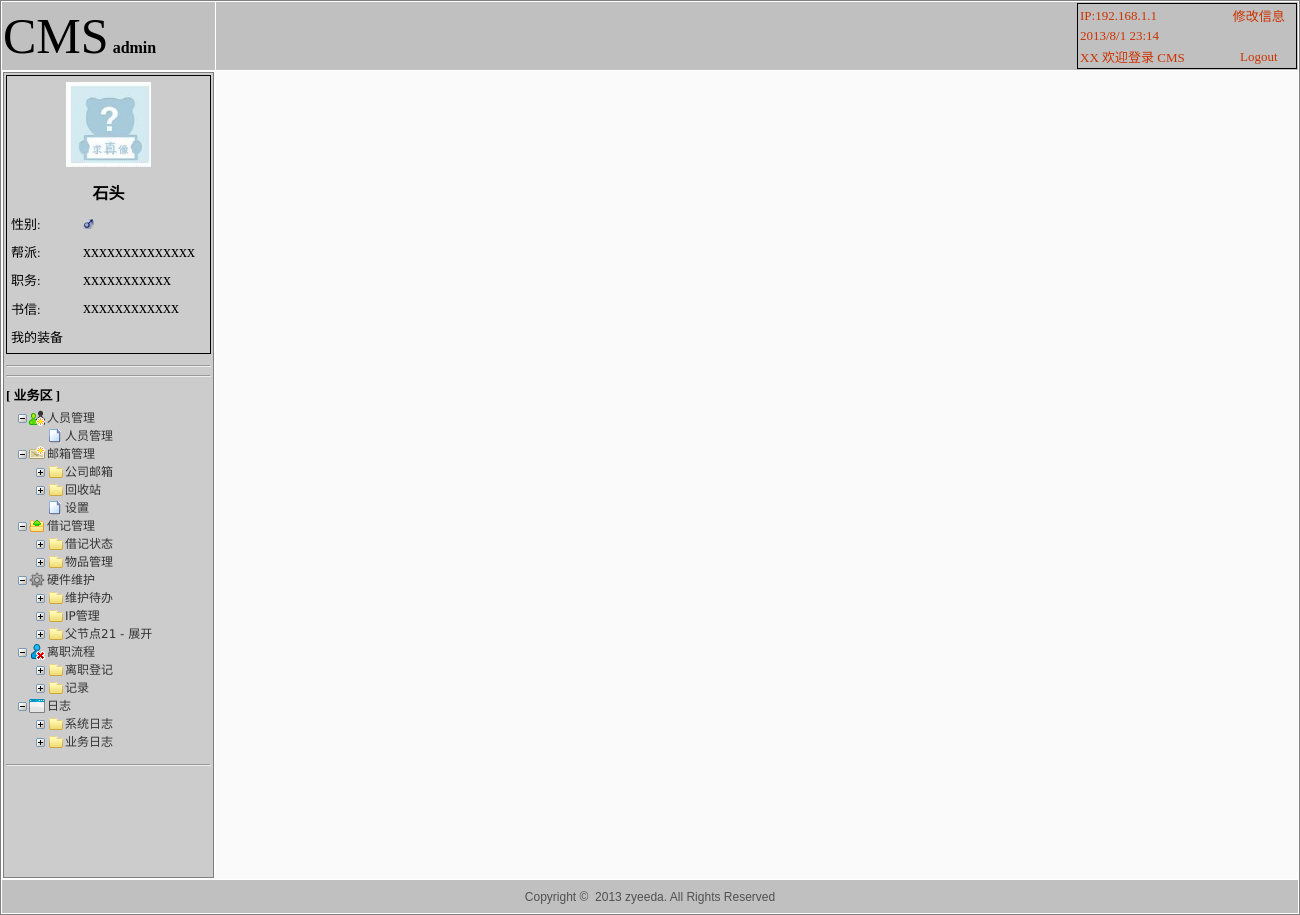
Repository: 728064001/MyProject
Page: http://localhost/CMS/admin.jsp
These files come from the project's save history. The page is drawn as it stood at one moment and after the next save; the edit follows.
The browser window is 1280 px wide. The page is 1300 px wide, so the pictures cover 1300 px, including what lies to the right of the window. The pictures show the whole page.
The page is served by Tomcat 9. Other server files are loaded and not shown. Queries for data that is not in the repository find no rows.

Above is the page before, as saved 2013-08-07 12:23:50.

### cms-server-code/CMS/WebRoot/admin.jsp
<%@ page language="java" import="java.util.*" pageEncoding="UTF-8"%>
<%
String path = request.getContextPath();
String basePath = request.getScheme()+"://"+request.getServerName()+":"+request.getServerPort()+path+"/";
%>

<!DOCTYPE HTML PUBLIC "-//W3C//DTD HTML 4.01 Transitional//EN">
<html>
  <head>
    <base href="<%=basePath%>">

    <title>cms admin</title>

	<meta http-equiv="pragma" content="no-cache">
	<meta http-equiv="cache-control" content="no-cache">
	<meta http-equiv="expires" content="0">
	<meta http-equiv="keywords" content="keyword1,keyword2,keyword3">
	<meta http-equiv="description" content="This is my page">
	<!--
	<link rel="stylesheet" type="text/css" href="styles.css">
	-->
	<link rel="stylesheet" href="css/zTreeStyle/zTreeStyle.css" />
	<link rel="stylesheet" href="css/admin.css" />
	<script type="text/javascript" src="js/jquery-1.10.1.js"></script>
	<script type="text/javascript" src="js/jquery.ztree.core-3.5.js"></script>
	<script type="text/javascript" src="js/jquery.ztree.excheck-3.5.js"></script>
	<script type="text/javascript" src="js/jquery.ztree.exedit-3.5.js"></script>
	<script type="text/javascript" src="js/admin.js"></script>
</head>

<body>
<table align="center" cellspacing="1" class="admin-main-tab-style" style="width: 1300px; height: 900px">
	<tr bgcolor="#C0C0C0">
		<td class="admin-main-tab-td-style" style="height: 17px; width: 211px">
		<span class="admin-main-tab-td-logo-style">CMS</span> <span class="admin-main-tab-td-admins-style"><strong>admin</strong></span></td>
		<td class="admin-child-tab-td-null-style" style="height: 17px">
		<table cellspacing="1" class="admin-child-tab-style" style="width: 220px; height: 100%">
			<tr>
				<td>IP:192.168.1.1</td>
				<td class="admin-child-tab-td-welcome-style">修改信息</td>
			</tr>
			<tr>
				<td>2013/8/1 23:14</td>
				<td>&nbsp;</td>
			</tr>
			<tr>
				<td>XX 欢迎登录 CMS</td>
				<td class="admin-child-tab-td-welcome-style">Logout</td>
			</tr>
		</table>
		</td>
	</tr>
	<tr>
		<td style="width: 211px; height: 808px;" align="left" valign="top">
		<table cellspacing="1" class="style8" style="width: 100%; height: 100%">
			<tr>
				<td align="left" style="height: 281px" valign="top">
				<table cellspacing="1" class="style9" style="width: 100%; height: 100%">
					<tr>
						<td class="admin-child-tab-td-welcome-style" style="height: 95px">
						<img src="image/userimage.jpg" height="85" width="85" /></td>
					</tr>
					<tr>
						<td align="left" valign="top">
						<table cellspacing="1" style="width: 100%; height: 100%">
							<tr>
								<td class="admin-child-tab-td-welcome-style" colspan="2"><strong>石头</strong></td>
							</tr>
							<tr>
								<td class="admin-main-tab-style0" style="width: 69px">性别:</td>
								<td>
								<img alt="" height="11" src="image/male.gif" width="11" /></td>
							</tr>
							<tr>
								<td class="admin-main-tab-style0" style="width: 69px">帮派:</td>
								<td>xxxxxxxxxxxxxx</td>
							</tr>
							<tr>
								<td class="admin-main-tab-style0" style="width: 69px">职务:</td>
								<td>xxxxxxxxxxx</td>
							</tr>
							<tr>
								<td class="admin-main-tab-style0" style="width: 69px">书信:</td>
								<td>xxxxxxxxxxxx</td>
							</tr>
							<tr>
								<td class="admin-main-tab-style0" style="width: 69px">我的装备</td>
								<td>&nbsp;</td>
							</tr>
						</table>
						</td>
					</tr>
				</table>
				</td>
			</tr>
			<tr>
				<td align="left" valign="top">
				<hr /><hr/>
				<strong><span class="admin-main-tab-style1">[ 业务区 ]<br/>
				<!--tree-->
				</span></strong>
				<div>
				<ul id="treeDemo" class="ztree"></ul></div>
				<hr/>
				</td>
			</tr>
		</table>
		</td>
		<td style="height: 808px" bgcolor="#FAFAFA" align="left" valign="top">
		<!--业务工作区-->
		<!--人员信息-->
		<div id="personinfo" style="position: absolute; width: 1080px; height: 808px; z-index: 1">
			<table cellspacing="1" class="admin-main-tab-admin-child-tab-td-null-style" style="width: 100%; height: 100%">
				<tr>
					<td bgcolor="#808080" style="height: 20px">
					<table cellpadding="0" cellspacing="0" style="width: 100%; height: 100%">
						<tr>
							<td>&nbsp;<strong><span class="admin-main-tab-admin-main-tab-td-logo-style">人员信息&nbsp;</span></strong></td>
							<td class="admin-child-tab-td-null-style">
							<img id="personinfo_close_image" alt="" height="23" src="image/personinfo_close.png" width="26" /></td>
						</tr>
					</table>
					</td>
				</tr>
				<tr>
					<td style="height: 33px"><span class="admin-main-tab-style1">UUID</span>:<input name="uuid" id="uuid" type="text" style="width: 81px" />
					<span class="admin-main-tab-style1">姓名</span>:<input name="username" type="text" style="width: 59px" />&nbsp;<span class="admin-main-tab-style1">性别</span>:<select name="sex">
						<option value="--">--</option>
						<option value="女">女</option>
						<option value="男">男</option>
						</select>&nbsp;<span class="admin-main-tab-style1">公司</span>:<select name="comp" id="comp" style="width: 65px">
						<option value="--">--</option>
						</select>&nbsp;<span class="admin-main-tab-style1">部门:</span><select name="dep" id="dep" style="width: 85px">
						<option value="--">--</option>
						</select>&nbsp;<span class="admin-main-tab-style1">职位</span>:<select name="post" id="post" style="width: 95px">
						<option value="--">--</option>
						</select>&nbsp;&nbsp;<span class="admin-main-tab-style1">
					身份证:</span><input name="card" type="text" style="width: 145px" />
					<span class="admin-main-tab-style1">电话:</span><input name="tel" type="text" style="width: 81px" />&nbsp;&nbsp;&nbsp;<input name="search" id="search" type="button" value="查找" style="width: 63px" /></td>
				</tr>
				<tr>
					<td align="left" valign="top">&nbsp;&nbsp;&nbsp; &nbsp;<img alt="" height="18" src="image/addperson.png" width="18" /><span class="admin-main-tab-admin-main-tab-td-admins-style">添加人员&nbsp;&nbsp;&nbsp;&nbsp;&nbsp;&nbsp;&nbsp;&nbsp;&nbsp;&nbsp;
					</span>
					<img alt="" class="admin-main-tab-admin-main-tab-td-admins-style" height="19" src="image/delperson.png" width="16" /><span class="admin-main-tab-admin-main-tab-td-admins-style">删除人员&nbsp;&nbsp;&nbsp;&nbsp;&nbsp;&nbsp;&nbsp;
					</span>
					<img alt="" class="admin-main-tab-admin-main-tab-td-admins-style" height="17" src="image/modifiyperson.png" width="18" /><span class="admin-main-tab-admin-main-tab-td-admins-style">修改人员信息</span><hr style="height: -12px"/>
					<!--根据ajax 返回的数据动态创建表格 -->
					<div id="personinfotable"></div>
						<span id="f" ><a id='mainpa'>首页</a>&nbsp;&nbsp;&nbsp;&nbsp;<a id='uppa'>上一页</a>&nbsp;&nbsp;&nbsp;&nbsp;<a id='downpa'>下一页</a>&nbsp;&nbsp;&nbsp;&nbsp;
						跳转到<input type="text" width="80px" />页&nbsp;<input type="button" value="转到>"/>
						</span><hr/>
					<!--根据ajax 返回的数据动态创建表格 ----------------------------------->
					</td>
				</tr>
			</table>
		</div>
		<!---->
		</td>
	</tr>
	<tr bgcolor="#C0C0C0">
		<td style="height: 33px;" class="admin-child-tab-td-welcome-style" colspan="2">
		<span style="color: rgb(81, 81, 81); font-family: Arial; font-size: 12px; font-style: normal; font-variant: normal; font-weight: normal; letter-spacing: normal; line-height: 24px; orphans: 2; text-align: center; text-indent: 0px; text-transform: none; white-space: normal; widows: 2; word-spacing: 0px; -webkit-text-size-adjust: auto; -webkit-text-stroke-width: 0px; display: inline !important; float: none;">
		Copyright ©&nbsp; 2013 zyeeda. All Rights Reserved</span></td>
	</tr>
</table>
</body>

</html>

### cms-server-code/CMS/WebRoot/css/admin.css
@CHARSET "UTF-8";
body{
 margin:0;
 padding:0;
}
.admin-main-tab-style {
	border-style: solid;
	border-width: 1px;
 margin:0,auto;
}
.admin-child-tab-td-null-style {
	text-align: right;
}
.admin-main-tab-td-logo-style {
	font-family: 华文琥珀;
	font-size: 50px;
}
.admin-main-tab-td-admins-style {
	font-size: medium;
}
.admin-main-tab-td-style {
	text-align: left;
}
.admin-child-tab-style {
	border: 1px solid #000000;
	float:right;
	margin-left: 185px;
	color: #CC3300;
	font-size: small;
}
.admin-child-tab-td-welcome-style {
	text-align: center;
}
.style8 {
	border-style: solid;
	border-width: 1px;
	background-color: #CCCCCC;
}
.style9 {
	border: 1px solid #000000;
}
.admin-main-tab-style0 {
	font-family: 新宋体;
	font-size: small;
}
.admin-main-tab-style1 {
	font-size: small;
}
.admin-main-tab-admin-child-tab-td-null-style {
	border: 1px solid #515151;
}
.admin-main-tab-admin-main-tab-td-logo-style {
	font-size: small;
	font-family: 黑体;
}
.admin-main-tab-admin-main-tab-td-admins-style {
	font-size: small;
	font-family: 华文细黑;
	 line-height:32px;
}

### cms-server-code/CMS/WebRoot/js/admin.js
//载入时
$(function(){
	//页面打开时不显示人员信息窗口；
	$("#personinfo").hide();

	//DOM载入之后调用returnCDP()方法;
	returnCDP();


	$("#personinfo_close_image").click(function(){
		$("#personinfo").hide(); //点击关闭按钮时，隐藏人员信息窗口；
	});
});

//从servlet端获取公司、部门、职位 的一组JSON,然后再调用方法把数据放到对应的地方
function returnCDP(){
		$(function(){
			$.ajax({
				url: "/CMS/returnCDPServlet?args=09s",
				type: "POST",
				dataType:'json',
				success:function(json) {
					viwedata(json);
				}
			});
		});
}

//从servlet端获取人员信息JSON数据
function returnPERSONinfo(){
		$(function(){
			$.ajax({
				url: "/CMS/PersonInfoServlet?args=09s",
				type: "POST",
				dataType:'json',
				success:function(json) {
					viwedata(json);
				}
			});
		});
}


function viwedata(json){
//	alert(json.company.length);
//	add comp option
	var compnamelen = json.company.length;
	var depnamelen = json.dep.length;
	var postnamelen = json.post.length;
	var compobj = $("#comp");
	var depobj = $("#dep");
	var postobj = $("#post");
	for(var i=0;i<compnamelen;i++){
		compobj.append("<option value="+"'"+json.company[i].name+"'"+">"+json.company[i].name+"</option>");
	}
	for(var i=0;i<depnamelen;i++){
		depobj.append("<option value="+"'"+json.dep[i].name+"'"+">"+json.dep[i].name+"</option>");
	}
	for(var i=0;i<postnamelen;i++){
		postobj.append("<option value="+"'"+json.post[i].name+"'"+">"+json.post[i].name+"</option>");
	}
}



//tree 的数据结构-------------------------------------------------------------
var setting = {
			view:{
				showLine:false
			},
			data: {
				simpleData: {
					enable: true
				}
			}
		};
var zNodes =[
			{ name:"人员管理", open:true,iconOpen:"image/treeimage/person_open.png",iconClose:"image/treeimage/person_close.png",
				children: [
					{ name:"人员管理", isParent:false, "click":"personinfo_click();"}
				]},
			{ name:"邮箱管理",open:true,iconOpen:"image/treeimage/mail_open.png",iconClose:"image/treeimage/mail_close.png",

				children: [
					{ name:"公司邮箱",
						children: [
							{ name:"邮箱信息"},
							{ name:"待办项"}
					]},
					{ name:"回收站",
						children: [
							{ name:"已删除的邮箱"}
					]},
					{ name:"设置", isParent:false}
				]},
			{ name:"借记管理", open:true,iconOpen:"image/treeimage/borrow_open.png",iconClose:"image/treeimage/borrow_close.png",

				children:[
					{ name:"借记状态",
						children: [
							{ name:"图书借记状态"},
							{ name:"电子用品借记状态"},
							{ name:"历史记录"}
					]},
					{ name:"物品管理",
						children: [
							{ name:"图书管理"},
							{ name:"电子用品管理"},
							{ name:"借用授权"}
					]}
				]
			},
			{ name:"硬件维护", open:true,iconOpen:"image/treeimage/hardwaremaintenance_open.png",iconClose:"image/treeimage/hardwaremaintenance_close.png",

				children:[
					{ name:"维护待办",
						children: [
							{ name:"待办项"},
							{ name:"记录"}
					]},
					{ name:"IP管理",
						children: [
							{ name:"IP信息表"},
							{ name:"叶子节点212"},
							{ name:"叶子节点213"},
							{ name:"叶子节点214"}
					]},
					{ name:"父节点21 - 展开",
						children: [
							{ name:"叶子节点211"},
							{ name:"叶子节点212"},
							{ name:"叶子节点213"},
							{ name:"叶子节点214"}
					]}
				]
			},
			{ name:"离职流程",  open:true,iconOpen:"image/treeimage/resignation_open.png",iconClose:"image/treeimage/resignation_close.png",

				children:[
					{ name:"离职登记",
						children: [
							{ name:"登记"}
					]},
					{ name:"记录",
						children: [
							{ name:"已离职信息"}
					]}
				]
			},
			{ name:"日志", open:true,iconOpen:"image/treeimage/log_open.png",iconClose:"image/treeimage/log_close.png",

				children:[
					{ name:"系统日志",
						children: [
							{ name:"系统日志"}
					]},
					{ name:"业务日志",
						children: [
							{ name:"业务日志"}
					]}
				]
			}
		];
//tree 数据结构-----------------------^^^^^^^^^^^^---------------------------------
//tree 事件-------------------------------------------------------------------------
	function personinfo_click(){
			$("#personinfo").show(); //tree 事件 显示人员信息窗口
	}
//tree 事件-------------------------^^^^^^^^^^^^^^------------------------------
		$(function(){
			$.fn.zTree.init($("#treeDemo"),setting,zNodes);
		});
//点击查询是的事件
		$(function(){
			$("#search").click(
				function(){
					alert("search");
				}
			);
		});

//根据ajax返回json来创建表格

### cms-server-code/CMS/src/com/haolei/dao/CompanyNameListDAO.java
package com.haolei.dao;

import java.sql.Connection;
import java.sql.PreparedStatement;
import java.sql.ResultSet;
import java.util.ArrayList;
import java.util.List;

import com.haolei.entity.Company;

public class CompanyNameListDAO {

	public List returnCompanyNameList(){
		Connection conn = Dbconn.getconn();
		PreparedStatement pstm = null;
		ResultSet res = null;
		Company company = null;
		List companyList = new ArrayList();
		String queryCompanyNameStr = "select companyname from company_tab";
		try{
			pstm = conn.prepareStatement(queryCompanyNameStr);
			res = pstm.executeQuery();
			while(res.next()){
				company = new Company();
				company.setCompanyName(res.getString(1));
				companyList.add(company.getCompanyName());
			}
		}catch(Exception e){
			e.printStackTrace();
		}finally{
			Dbconn.closeALL(conn, pstm, res);
		}


		return companyList;
	}
	/**
	 *
	 * @param test
	 */
	public static void main(String[] args) {
		CompanyNameListDAO dnyd = new CompanyNameListDAO();
		List li = dnyd.returnCompanyNameList();
		System.out.println(li.get(0));
	}
}

### cms-server-code/CMS/src/com/haolei/dao/Dbconn.java
package com.haolei.dao;

import java.sql.Connection;
import java.sql.DriverManager;
import java.sql.PreparedStatement;
import java.sql.ResultSet;
import java.sql.SQLException;

public class Dbconn {
	private static String DRIVER = "com.mysql.jdbc.Driver";
	private static String URL = "jdbc:mysql://localhost:3306/cms_db";
	private static String NAME = "root";
	private static String PASS	= "zyeeda";

	public static Connection conn = null;
	public static PreparedStatement pstm=null;
	public static ResultSet res=null;

	public static Connection getconn(){
		try{
			Class.forName(DRIVER);
			conn = DriverManager.getConnection(URL,NAME,PASS);
		}catch(Exception e){

		}
		return conn;
	}

	public static void closeALL(Connection conn,PreparedStatement pstm, ResultSet rs){
		try {
			if(res!=null){res.close();}
			if(pstm!=null){pstm.close();}
			if(conn!=null){conn.close();}
		} catch (SQLException e) {
			e.printStackTrace();
		}
	}
}

### cms-server-code/CMS/src/com/haolei/dao/DepNameListDAO.java
package com.haolei.dao;

import java.sql.Connection;
import java.sql.PreparedStatement;
import java.sql.ResultSet;
import java.util.ArrayList;
import java.util.List;

import com.haolei.entity.Dep;

public class DepNameListDAO {
	public List returnDepNameList(){
		Connection conn = Dbconn.getconn();
		PreparedStatement pstm = null;
		ResultSet res = null;
		Dep dep;
		List depList = new ArrayList();
		String queryDepNameStr = "select dep from dep_tab";
		try{
			pstm = conn.prepareStatement(queryDepNameStr);
			res = pstm.executeQuery();
			while(res.next()){
				dep = new Dep();
				dep.setDep(res.getString(1));
				depList.add(dep.getDep());
			}
		}catch(Exception e){
			e.printStackTrace();
		}finally{
			Dbconn.closeALL(conn, pstm, res);
		}

		return depList;
	}
	/**
	 *
	 * @param test
	 */
	public static void main(String[] args){
		DepNameListDAO depnamelistdao = new DepNameListDAO();
		try {
			List li = depnamelistdao.returnDepNameList();
			System.out.println(li.size());
		} catch (Exception e) {
			// TODO Auto-generated catch block
			e.printStackTrace();
		}
	}
}

### cms-server-code/CMS/src/com/haolei/dao/PostNameListDAO.java
package com.haolei.dao;

import java.sql.Connection;
import java.sql.PreparedStatement;
import java.sql.ResultSet;
import java.util.ArrayList;
import java.util.List;

import com.haolei.entity.Post;

public class PostNameListDAO {
	public List returnPostNameList(){
		Connection conn = Dbconn.getconn();
		PreparedStatement pstm = null;
		ResultSet res = null;
		Post post = null;
		List postNameList = new ArrayList();
		String queryPostNameStr = "select post from post_tab";
		try{
			pstm = conn.prepareStatement(queryPostNameStr);
			res = pstm.executeQuery();
			while(res.next()){
				post = new Post();
				post.setPost(res.getString(1));
				postNameList.add(post.getPost());
			}
		}catch(Exception e){
			e.printStackTrace();
		}finally{
			Dbconn.closeALL(conn, pstm, res);
		}
		return postNameList;
	}
}

Loaded but not shown: cms-server-code/CMS/WebRoot/js/jquery-1.10.1.js (library); cms-server-code/CMS/WebRoot/js/jquery.ztree.core-3.5.js (library); cms-server-code/CMS/WebRoot/js/jquery.ztree.excheck-3.5.js (library); cms-server-code/CMS/WebRoot/js/jquery.ztree.exedit-3.5.js (library); cms-server-code/CMS/WebRoot/css/zTreeStyle/zTreeStyle.css (97 lines, source omitted); cms-server-code/CMS/src/com/haolei/servlet/ajaxservlet/returnCDPServlet.java (83 lines, source omitted)

After the next save:
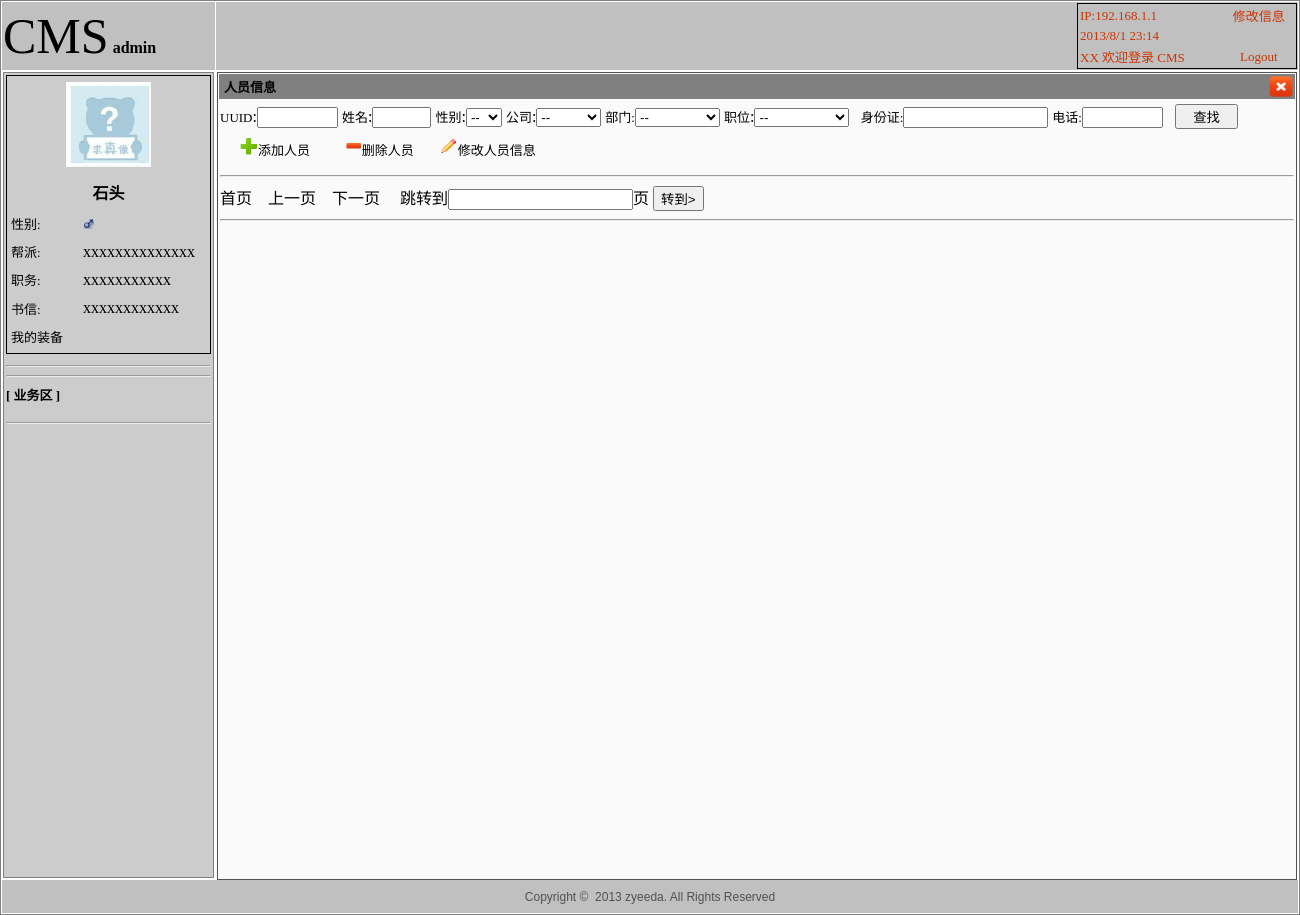
Console error: SyntaxError: Unexpected token ')'
Saved 25 s later.
--- a/cms-server-code/CMS/WebRoot/js/admin.js
+++ b/cms-server-code/CMS/WebRoot/js/admin.js
@@ -174,9 +174,14 @@
 		$(function(){
 			$("#search").click(
 				function(){
-					alert("search");
+					search();
 				}
 			);
 		});
-
+//点击查询时调用的方法
+	var agrs = "";
+	function search(){
+		//获取查询条件的数据
+		var form_uuid = $("#uuid").val());
+	}
 //根据ajax返回json来创建表格

After the save that followed:
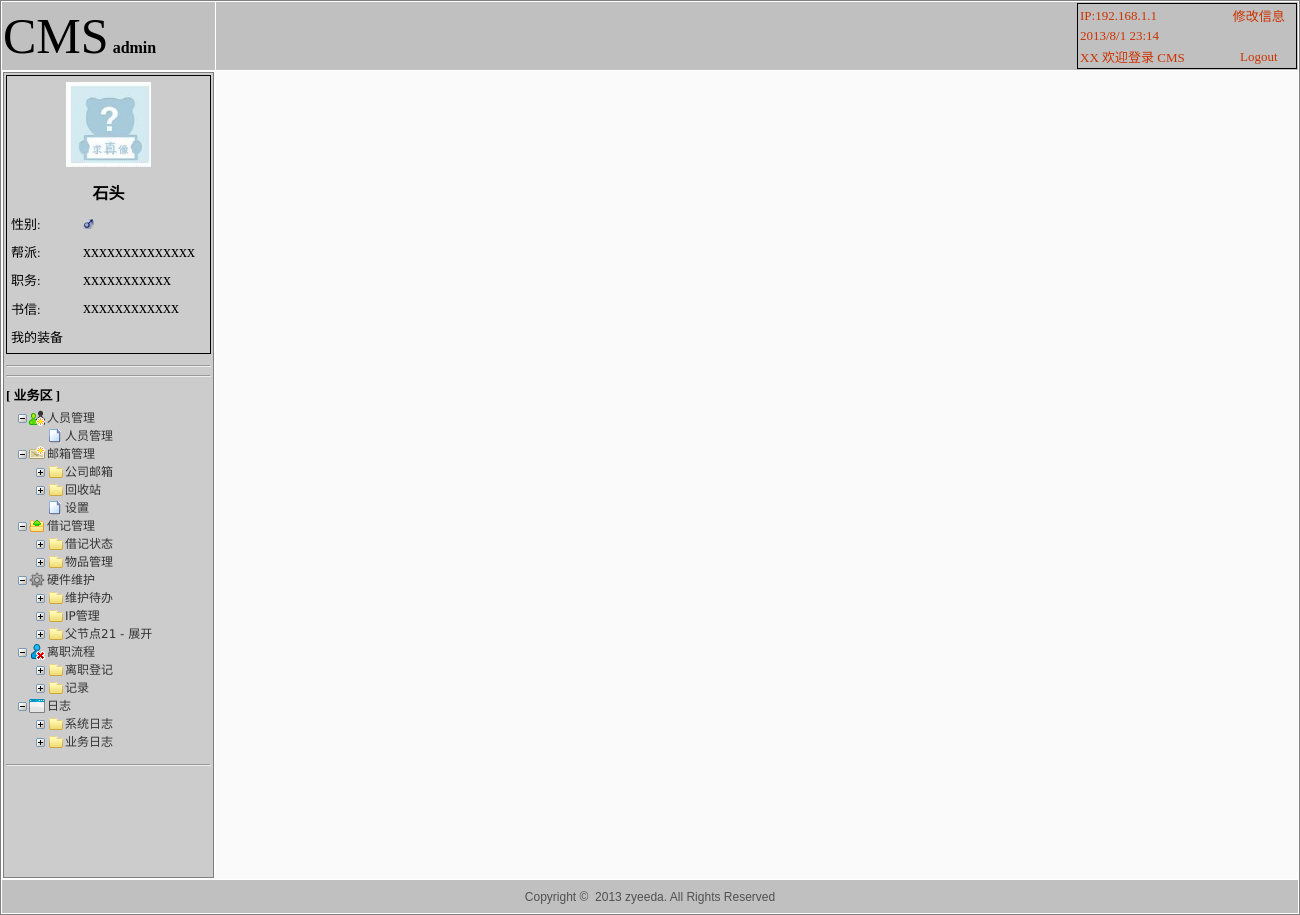
The error is gone.
Saved 39 s later.
--- a/cms-server-code/CMS/WebRoot/js/admin.js
+++ b/cms-server-code/CMS/WebRoot/js/admin.js
@@ -174,14 +174,7 @@
 		$(function(){
 			$("#search").click(
 				function(){
-					search();
+					alert("search");
 				}
 			);
 		});
-//点击查询时调用的方法
-	var agrs = "";
-	function search(){
-		//获取查询条件的数据
-		var form_uuid = $("#uuid").val());
-	}
-//根据ajax返回json来创建表格
